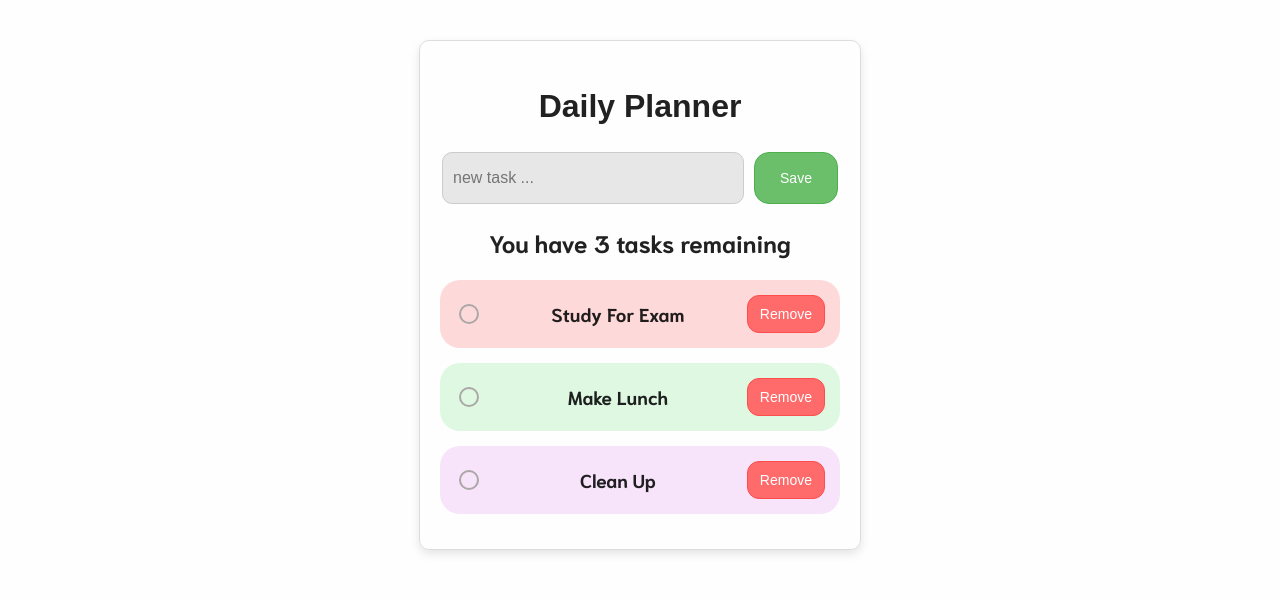
Repository: Zalida-Khan/Frontend-Lab4
Page: /
An editor plug-in stored every save of this project. The page is shown before and after a run of saves, followed by the edit.
The browser window is 1280 px wide. The pictures show the whole page.
Some web fonts or font styles are not loaded; a fallback is used. The project was rebuilt for these pictures with package versions that can differ from the ones it lists, and the page was loaded fresh each time. Also part of the build but not shown: vite.config.js.

Above is the page before, as saved 2024-10-22 21:34:21.

After the next 2 saves:
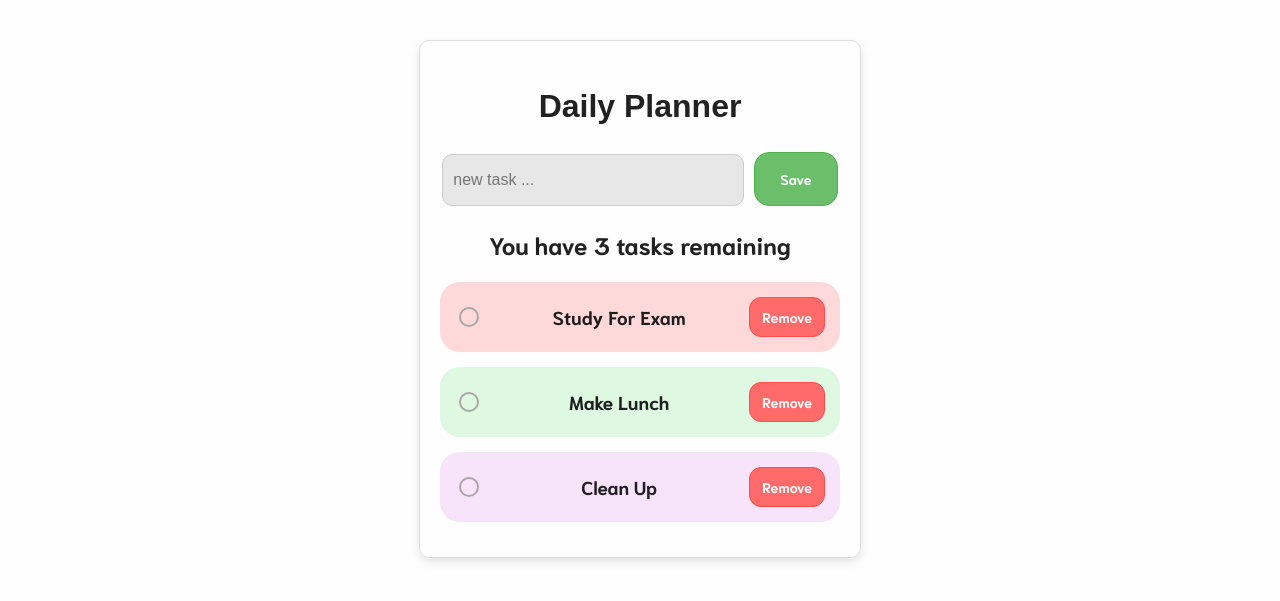
The 2 saves are shown as one change because they came seconds apart.
The last was saved 38 s later.
--- a/src/App.css
+++ b/src/App.css
@@ -108,6 +108,7 @@ h1 {
 .delete-btn {
   padding: 10px 12px;
   border-radius: 12px;
+  font-family: "Niramit", sans-serif;
   background-color: #ff6b6b;
   border: 1px solid #ff4c4c;
   color: white;
@@ -125,6 +126,7 @@ h1 {
   border-radius: 15px;
   background-color: #6bbf6b;
   border: 1px solid #4cae4c;
+  font-family: "Niramit", sans-serif;
   color: white;
   cursor: pointer;
   font-size: 14px;
